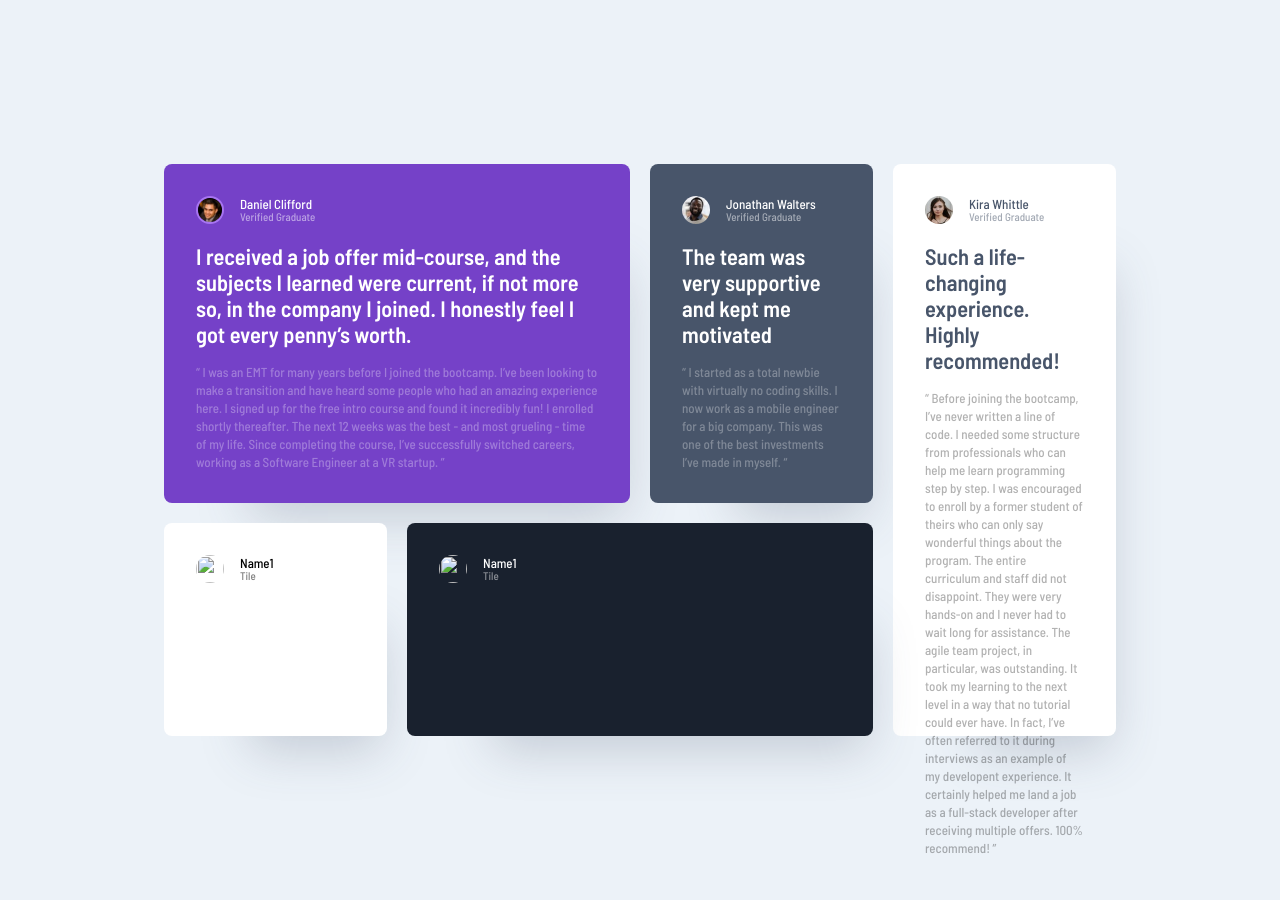
Repository: brandontaylor1/testimonial-card
Page: index.html
An editor plug-in stored every save of this project. The page is shown before and after the next save, followed by the edit.
The browser window is 1280 px wide. The pictures show the whole page.

Above is the page before, as saved 2025-01-11 00:22:11.

After the next save:
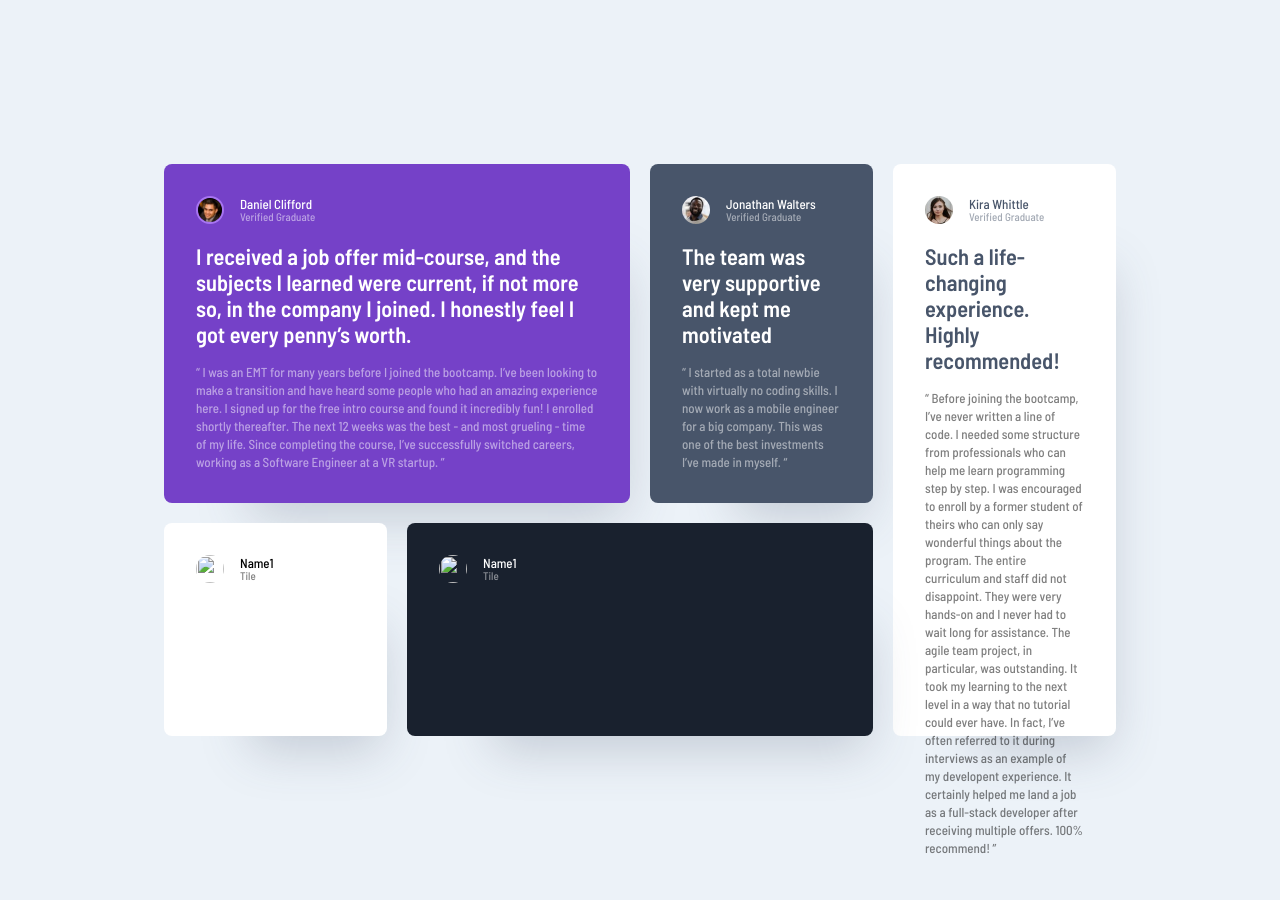
Saved 13 s later.
--- a/styles.css
+++ b/styles.css
@@ -91,7 +91,7 @@
     font-weight: 500;
     line-height: 18px; /* 138.462% */
     margin-top: 1rem;
-    opacity: 0.3;
+    opacity: 0.5;
 }
 
 .purple {
